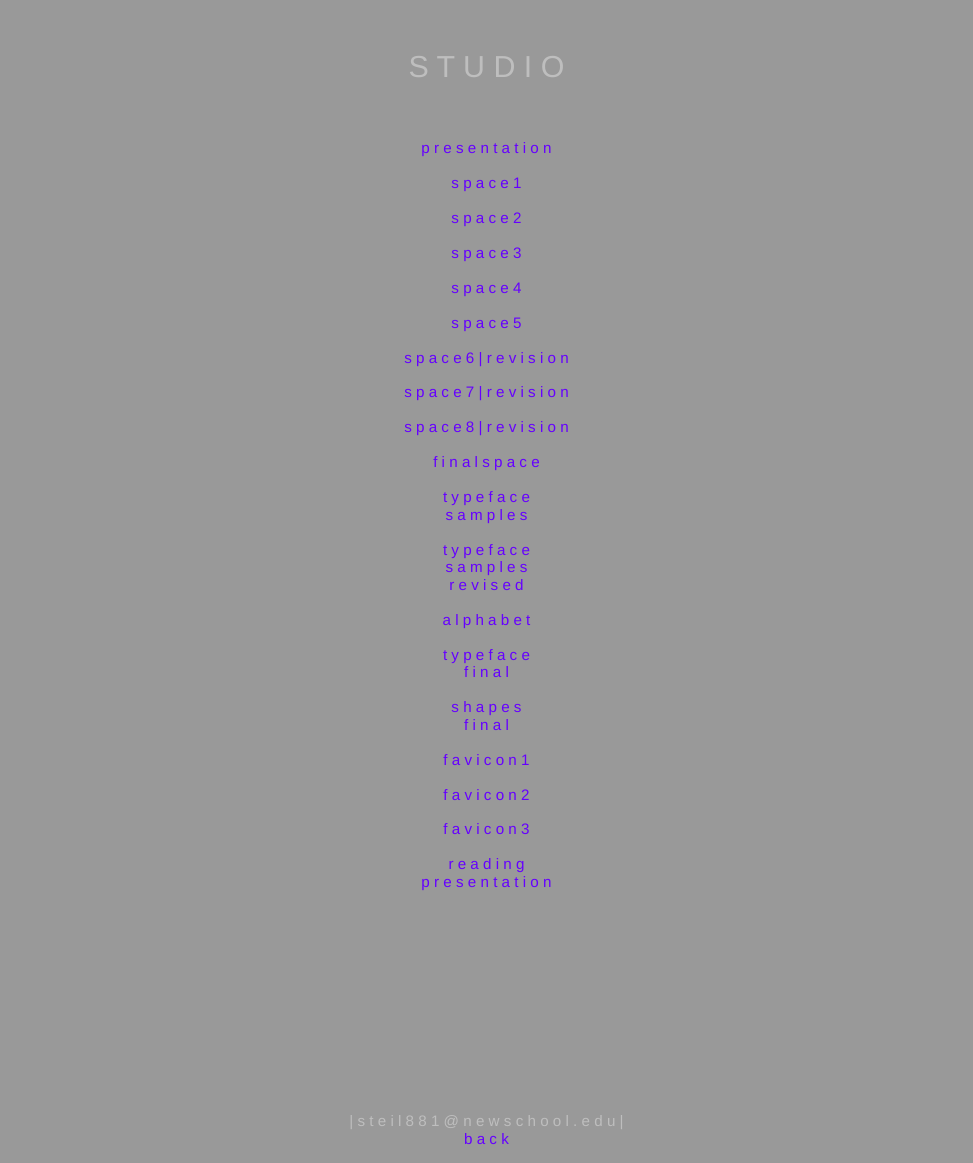
Repository: steil881/steil881.github.io
Page: studio/index.html
The author's editor kept a record of every edit. The page is drawn from the files as they stood at one moment, then again after the next edit.
The browser window is 1280 px wide. The pictures show the whole page, at 76% of full size.

Above is the page before.

### studio/index.html
<html>
    <head>
       <title>| interactive studio |</title>
       <style>

         h1 {
           font-family: 'Helvetica Neue', Helvetica, Arial, sans-serif;
           color: #BEBEBE;
           font-weight: lighter;
           font-size: 40px;
         }

         h2 {
           font-family: 'Helvetica Neue', Helvetica, Arial, sans-serif;
           font-weight: lighter;
           font-size: 20px;
         }

         h3 {
           font-family: 'Helvetica Neue', Helvetica, Arial, sans-serif;
           font-weight: lighter;
           font-size: 20px;
         }

        body {
           background-color: #999999;
           color: #BEBEBE;
        }

        a:link {
         color: #6600FF;
        }

        a:hover {
        color: #BEBEBE;
        }

        a:visited {
        background-color: none;
        }

       </style>

       <link rel="icon"
      type="image/png"
      href="/images/favicon1.png" />

    </head>
    <body>
      <code>
        <center>

        <br>
        <br>

        <h1>S T U D I O</h1>

        <br>
        <br>

        <h2>

        <a href="presentation/index.html" style="text-decoration:none" font-family= "'Helvetica Neue', Helvetica, Arial, sans-serif;">p r e s e n t a t i o n</a>

        <br>
        <br>

        <a href="space/1/index.html" style="text-decoration:none" font-family= "'Helvetica Neue', Helvetica, Arial, sans-serif;">s p a c e 1</a>

        <br>
        <br>

        <a href="space/2/index.html" style="text-decoration:none" font-family= "'Helvetica Neue', Helvetica, Arial, sans-serif;">s p a c e 2</a>

        <br>
        <br>

        <a href="space/3/index.html" style="text-decoration:none" font-family= "'Helvetica Neue', Helvetica, Arial, sans-serif;">s p a c e 3</a>

        <br>
        <br>

        <a href="space/4/index.html" style="text-decoration:none" font-family= "'Helvetica Neue', Helvetica, Arial, sans-serif;">s p a c e 4</a>

        <br>
        <br>

        <a href="space/5/index.html" style="text-decoration:none" font-family= "'Helvetica Neue', Helvetica, Arial, sans-serif;">s p a c e 5</a>

        <br>
        <br>

        <a href="space/6/index.html" style="text-decoration:none" font-family= "'Helvetica Neue', Helvetica, Arial, sans-serif;">s p a c e 6 | r e v i s i o n</a>

        <br>
        <br>

        <a href="space/7/index.html" style="text-decoration:none" font-family= "'Helvetica Neue', Helvetica, Arial, sans-serif;">s p a c e 7 | r e v i s i o n</a>

        <br>
        <br>

        <a href="space/8/index.html" style="text-decoration:none" font-family= "'Helvetica Neue', Helvetica, Arial, sans-serif;">s p a c e 8 | r e v i s i o n</a>

        <br>
        <br>

        <a href="space/final/index.html" style="text-decoration:none" font-family= "'Helvetica Neue', Helvetica, Arial, sans-serif;">f i n a l s p a c e</a>

        <br>
        <br>

        <a href="test/samples/index.html" style="text-decoration:none" font-family= "'Helvetica Neue', Helvetica, Arial, sans-serif;">t y p e f a c e <br> s a m p l e s</a>

        <br>
        <br>

        <a href="test/samples2/index.html" style="text-decoration:none" font-family= "'Helvetica Neue', Helvetica, Arial, sans-serif;">t y p e f a c e <br> s a m p l e s <br> r e v i s e d</a>

        <br>
        <br>

        <a href="alphabet/index.html" style="text-decoration:none" font-family= "'Helvetica Neue', Helvetica, Arial, sans-serif;">a l p h a b e t</a>

        <br>
        <br>

        <a href="finalfinal/index.html" style="text-decoration:none" font-family= "'Helvetica Neue', Helvetica, Arial, sans-serif;">t y p e f a c e <br> f i n a l</a>

        <br>
        <br>

        <a href="shapes/index.html" style="text-decoration:none" font-family= "'Helvetica Neue', Helvetica, Arial, sans-serif;">s h a p e s <br> f i n a l</a>

        <br>
        <br>

        <a href="favicon/1/index.html" style="text-decoration:none" font-family= "'Helvetica Neue', Helvetica, Arial, sans-serif;">f a v i c o n 1</a>

        <br>
        <br>

        <a href="favicon/2/index.html" style="text-decoration:none" font-family= "'Helvetica Neue', Helvetica, Arial, sans-serif;">f a v i c o n 2</a>

        <br>
        <br>

        <a href="favicon/3/index.html" style="text-decoration:none" font-family= "'Helvetica Neue', Helvetica, Arial, sans-serif;">f a v i c o n 3</a>

        <br>
        <br>

        <a href="reading/index.html" style="text-decoration:none" font-family= "'Helvetica Neue', Helvetica, Arial, sans-serif;">r e a d i n g <br> p r e s e n t a t i o n</a>

        </h2>

        <br>
        <br>
        <br>
        <br>
        <br>
        <br>
        <br>
        <br>
        <br>
        <br>
        <br>
        <br>
        <br>
        <br>
        <br>
        <br>
        <br>

        <h3>

            | s t e i l 8 8 1 @ n e w s c h o o l . e d u |

            <br>

            <a href="../index.html" style="text-decoration:none" font-family= "'Helvetica Neue', Helvetica, Arial, sans-serif;"> b a c k </a>

        </h3>


        </center>
      </code>
    </body>
</html>

After the next edit:
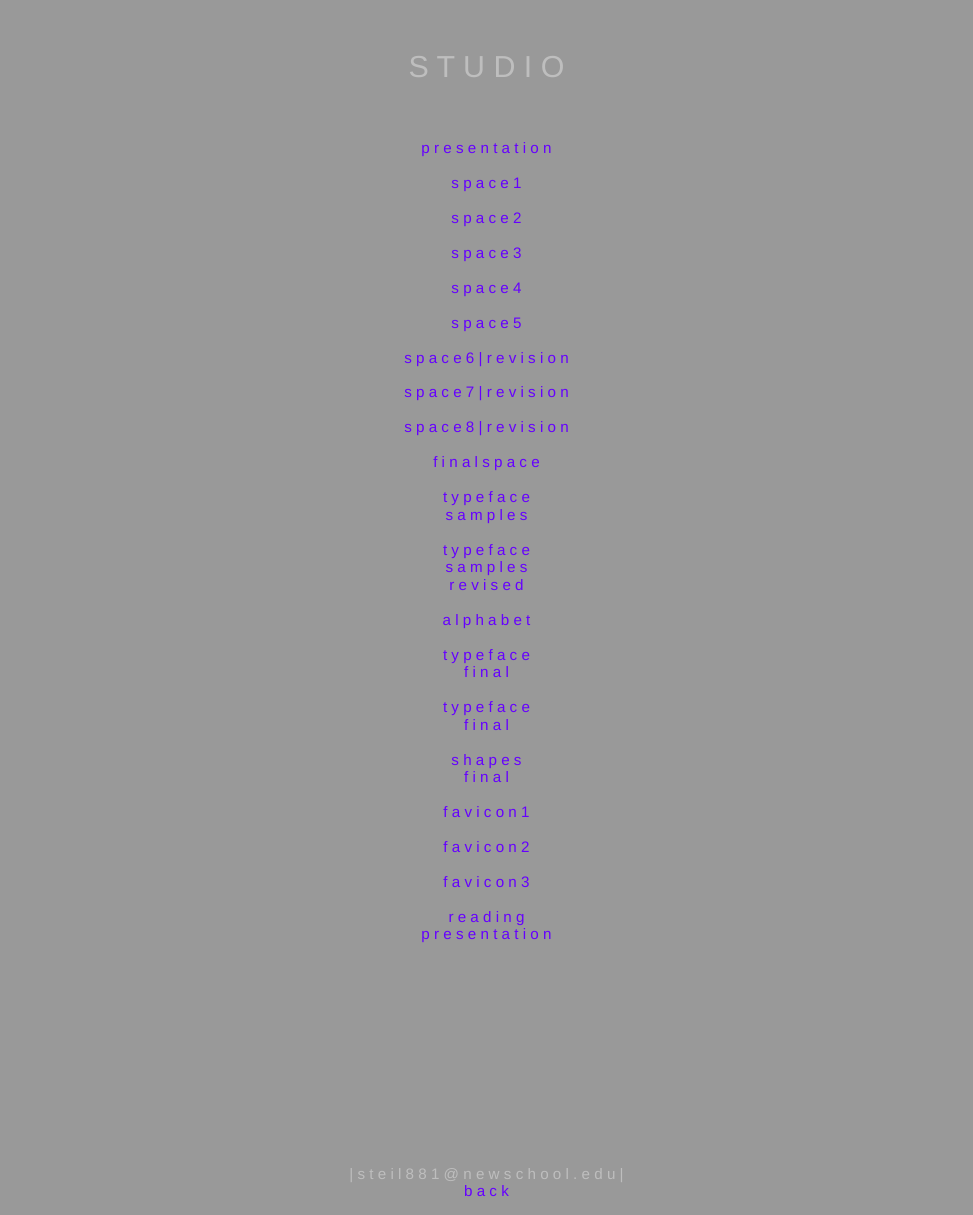
The edit:
--- a/studio/index.html
+++ b/studio/index.html
@@ -130,6 +130,11 @@
         <br>
         <br>
 
+        <a href="finalfinal/index.html" style="text-decoration:none" font-family= "'Helvetica Neue', Helvetica, Arial, sans-serif;">t y p e f a c e <br> f i n a l</a>
+
+        <br>
+        <br>
+
         <a href="shapes/index.html" style="text-decoration:none" font-family= "'Helvetica Neue', Helvetica, Arial, sans-serif;">s h a p e s <br> f i n a l</a>
 
         <br>
